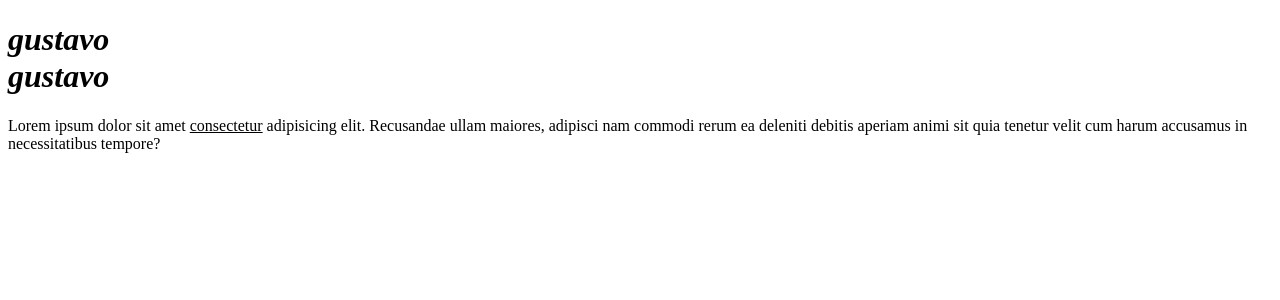
Repository: gustavotwist/html-css
Page: nova.html
These files come from the project's save history. The page is drawn as it stood at one moment and after the next save; the edit follows.
The browser window is 1280 px wide. The pictures show the whole page.

Above is the page before, as saved 2024-04-24 20:34:30.

After the next save:
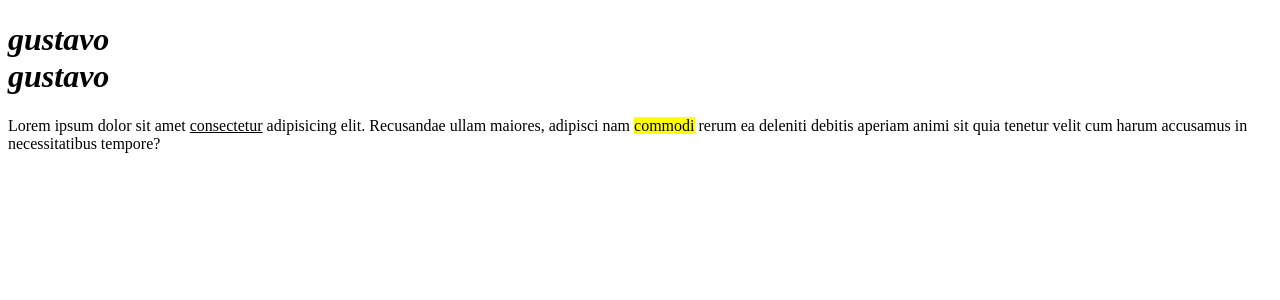
Saved 44 s later.
--- a/nova.html
+++ b/nova.html
@@ -7,7 +7,7 @@
 </head>
 <body>
    <h1><strong><i>gustavo</i></strong><br> <em>gustavo</em></h1>
-   <p>Lorem ipsum dolor sit amet <u>consectetur</u> adipisicing elit. Recusandae ullam maiores, adipisci nam commodi rerum ea deleniti debitis aperiam animi sit quia tenetur velit cum harum accusamus in necessitatibus tempore?</p>
+   <p>Lorem ipsum dolor sit amet <u>consectetur</u> adipisicing elit. Recusandae ullam maiores, adipisci nam <mark>commodi</mark> rerum ea deleniti debitis aperiam animi sit quia tenetur velit cum harum accusamus in necessitatibus tempore?</p>
 
 </body>
 </html>
